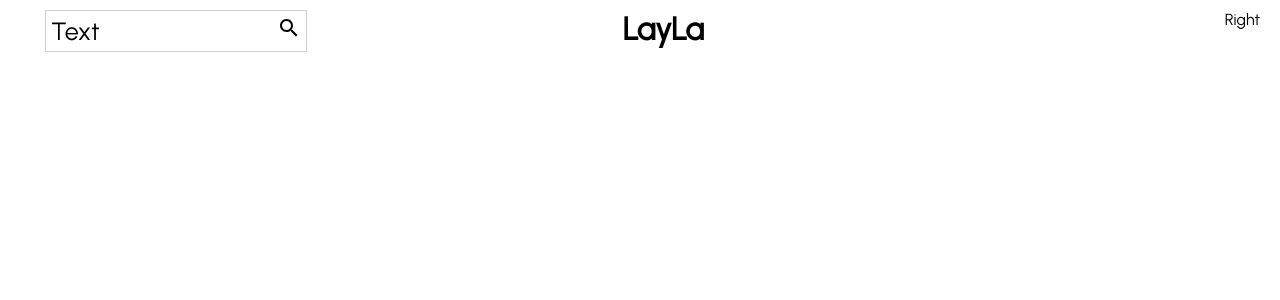
Repository: WaiMaungMaung/React_Ecom
Page: /
These files come from the project's save history. The page is drawn as it stood at one moment and after the next save; the edit follows.
The browser window is 1280 px wide. The pictures show the whole page.
The project was rebuilt for these pictures with package versions that can differ from the ones it lists, and the page was loaded fresh each time.

Above is the page before, as saved 2022-05-04 23:18:01.

### public/index.html
<!DOCTYPE html>
<html lang="en">
  <head>
    <meta charset="utf-8" />
    <link rel="icon" href="%PUBLIC_URL%/favicon.ico" />

    <link
      href="https://fonts.googleapis.com/css2?family=Urbanist&display=swap"
      rel="stylesheet"
    />

    <style>
      * {
        margin: 0;
        font-family: "Urbanist", sans-serif;
      }
    </style>
    <title>React App</title>
  </head>
  <body>
    <noscript>You need to enable JavaScript to run this app.</noscript>
    <div id="root"></div>
  </body>
</html>

### src/pages/Home.jsx
import React from "react";
import NavBar from "../components/NavBar";

const Home = () => {
  return (
    <div>
      <NavBar />
    </div>
  );
};

export default Home;

### src/components/NavBar.jsx
import { Search } from "@material-ui/icons";
import React from "react";
import styled from "styled-components";
const Container = styled.div`
  height: 60px;
`;

const Wrapper = styled.div`
  padding: 10px 20px;
  align-item: center;
  display: flex;
  justify-content: space-between;
`;

const SearchContainer = styled.div`
  border: 0.5px solid lightgray;
  margin-left: 25px;
  display: flex;
  align-item: center;
  padding: 5px;
`;
const Input = styled.input`
  border: none;
  margin-left: 20px;
`;

const Language = styled.span`
  font-size: 25px;
  cursor: pointer;
`;
const Left = styled.div`
  flex: 1;
  display: flex;
`;

const Center = styled.div`
  flex: 1;
`;

const Logo = styled.h1`
  font-weight: bold;
`;

const MenuItem = styled.div`
  font-size: 14px;
  cursor: pointer;
`;
const Right = styled.div``;
const NavBar = () => {
  return (
    <Container>
      <Wrapper>
        <Left>
          <SearchContainer>
            <Language>Text</Language>
            <Input />
            <Search />
          </SearchContainer>
        </Left>
        <Center>
          <Logo>LayLa</Logo>
        </Center>
        <Right>Right</Right>
      </Wrapper>
    </Container>
  );
};

export default NavBar;

Loaded but not shown: src/index.js (common file); src/App.js (common file)

After the next save:
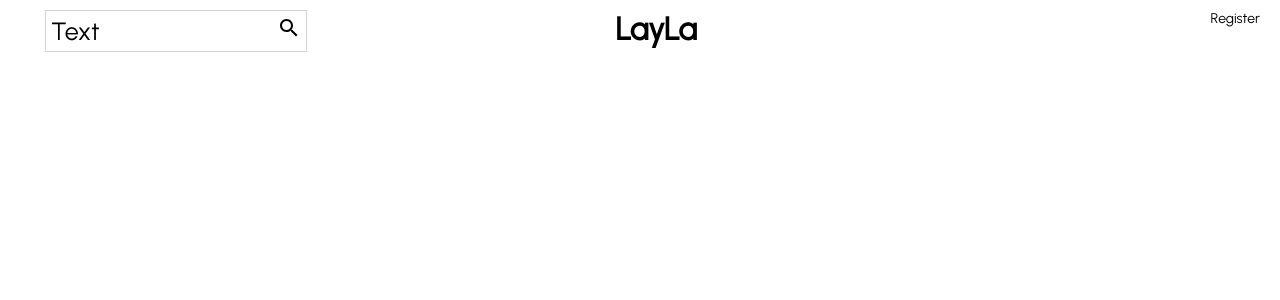
Saved 24 s later.
--- a/src/components/NavBar.jsx
+++ b/src/components/NavBar.jsx
@@ -60,7 +60,9 @@ const NavBar = () => {
         <Center>
           <Logo>LayLa</Logo>
         </Center>
-        <Right>Right</Right>
+        <Right>
+          <MenuItem>Register</MenuItem>
+        </Right>
       </Wrapper>
     </Container>
   );
